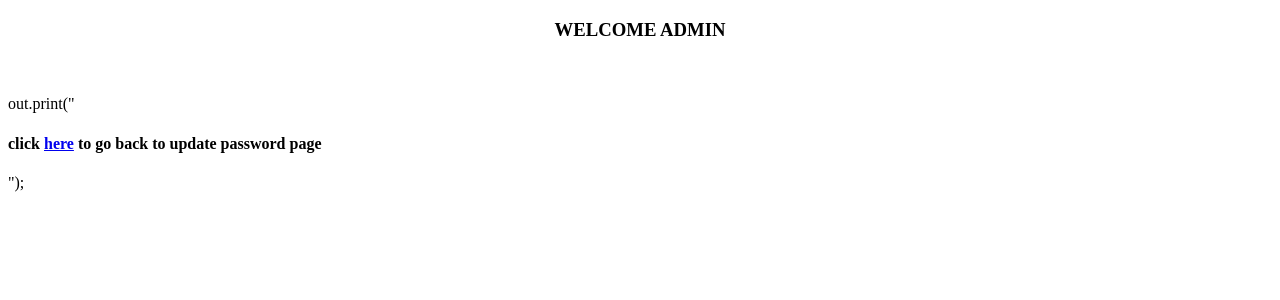
Repository: nihargowda/phase2project
Page: http://localhost/AirAway/adminsuccess.jsp
These files come from the project's save history. The page is drawn as it stood at one moment and after the next save; the edit follows.
The browser window is 1280 px wide. The pictures show the whole page.
The page is served by Tomcat 9. Nobody is signed in. The application's start-up code is not run. Other server files are loaded and not shown.

Above is the page before, as saved 2020-11-19 14:42:06.

### AirAway/src/main/webapp/adminsuccess.jsp
<%@ page language="java" contentType="text/html; charset=ISO-8859-1"
    pageEncoding="ISO-8859-1"%>
<!DOCTYPE html>
<html>
<head>
<meta charset="ISO-8859-1">
<title>Insert title here</title>
</head>
<body>
<h3><center> WELCOME ADMIN </center></h3>
<br><br>


	out.print("<h4>click <a href='/AirAway/updatepassword.jsp'>here</a> to go back to update password page</h4>");

</body>
</html>

After the next save:
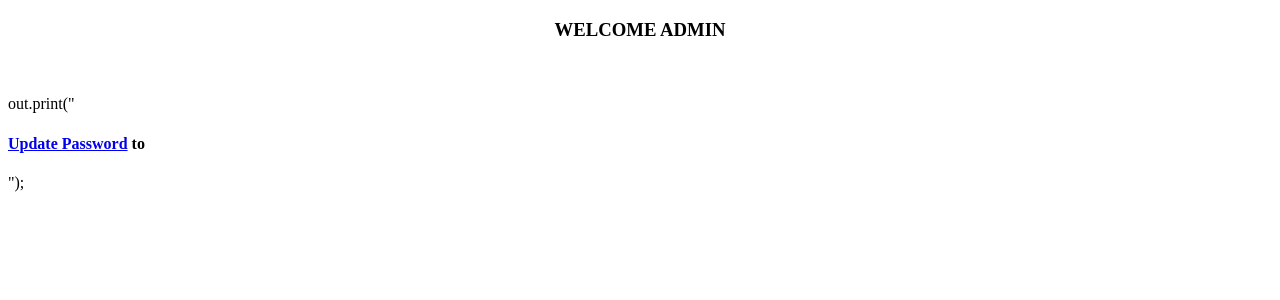
Saved 30 s later.
--- a/AirAway/src/main/webapp/adminsuccess.jsp
+++ b/AirAway/src/main/webapp/adminsuccess.jsp
@@ -11,7 +11,7 @@
 <br><br>
 
 
-	out.print("<h4>click <a href='/AirAway/updatepassword.jsp'>here</a> to go back to update password page</h4>");
+	out.print("<h4> <a href='/AirAway/updatepassword.jsp'>Update Password</a> to </h4>");
 
 </body>
 </html>
